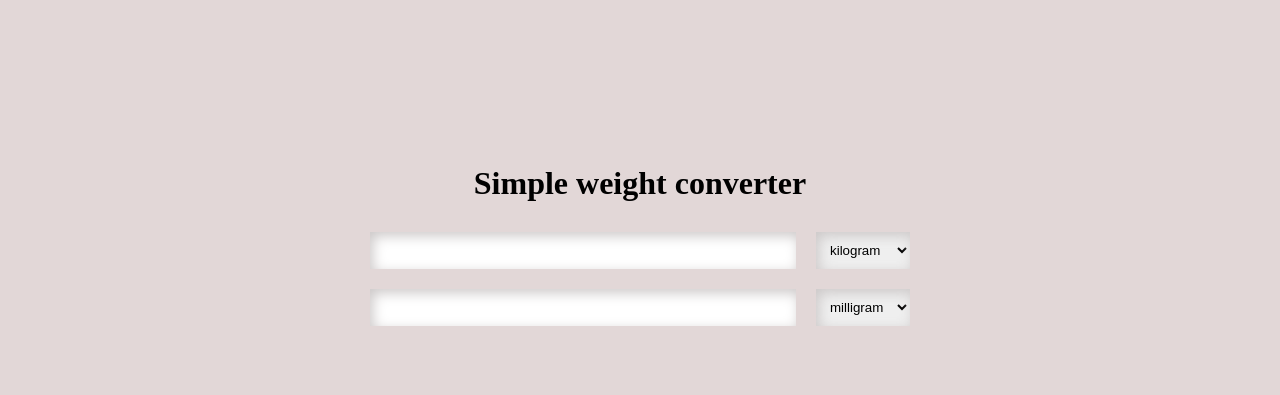
Repository: Eugene44-hub/weight-converter
Page: index.html
These files come from the project's save history. The page is drawn as it stood at one moment and after the next save; the edit follows.
The browser window is 1280 px wide. The pictures show the whole page.

Above is the page before, as saved 2021-09-20 05:20:13.

### index.html
<!DOCTYPE html>
<html lang="en">

<head>
    <meta charset="UTF-8">
    <meta http-equiv="X-UA-Compatible" content="IE=edge">
    <meta name="viewport" content="width=device-width, initial-scale=1.0">
    <link rel="stylesheet" href="style.css">
    <title>Document</title>
</head>

<body>
    <div class="converter">
        <h1>Simple weight converter</h1>

        <input type="number" id="typed">
        <select name="" id="in-weight">
      <option value="kg">kilogram</option>
      <option value="ou">ounce</option>
      <option value="mg">milligram</option>
    </select>
        <input type="number" id="output">
        <select name="" id="out-weight">
      <option value="mg">milligram</option>
      <option value="ou">ounce</option>
      <option value="kg">kilogram</option>
    </select>
    </div>
    <script src="app.js"></script>
</body>

</html>

### style.css
* {
    padding: 0;
    margin: 0;
    box-sizing: border-box;
}

body {
    background-color: rgb(226, 215, 215);
    display: flex;
    height: 500px;
}

input {
    padding: 10px;
    flex: 50%;
}

h1 {
    text-align: center;
    flex: 100%;
    margin-bottom: 20px;
}

select {
    padding: 10px;
}

.converter {
    display: flex;
    flex-wrap: wrap;
    justify-content: space-between;
    padding: 20px;
    margin: auto;
    max-width: 600px;
    background-color: hite;
}

select,
input {
    margin: 10px;
    outline: none;
    border: none;
    box-shadow: inset 3px 4px 13px rgb(204, 200, 200);
}

### app.js
let typed = document.querySelector('#typed');
let output = document.querySelector('#output');
let select = document.querySelector('#in-weight');
let select2 = document.querySelector('#out-weight');

function selectTwo(val) {
    select2.addEventListener('change', e => {
        if (select2.value === 'mg' && select.value === 'kg') {
            output.value = val * Math.pow(10, 6)
        } else if (select2.value === "ou" && select.value === 'mg') {
            output.value = val * 0.000035274
        } else if (select2.value === "ou" && select.value === 'kg') {
            output.value = val * 35.274
        } else if (select2.value === "kg" && select.value === 'ou') {
            output.value = val / 35.274
        } else if (select2.value === "mg" && select.value === 'ou') {
            output.value = val / 0.000035274
        } else if (select2.value === "kg" && select.value === 'mg') {
            output.value = val / Math.pow(10, 6)
        } else {
            output.value = typed.value
        }

    })
}

function selectOne(val) {
    select.addEventListener('change', e => {

        if (select2.value === 'mg' && select.value === 'kg') {
            typed.value = val / Math.pow(10, 6)
        } else if (select2.value === "mg" && select.value === 'ou') {
            typed.value = val * 0.000035274
        } else if (select2.value === "ou" && select.value === 'kg') {
            typed.value = val / 35.274
        } else if (select2.value === "kg" && select.value === 'ou') {
            typed.value = val * 35.274
        } else if (select2.value === "ou" && select.value === 'mg') {
            typed.value = val / 0.000035274
        } else if (select2.value === "kg" && select.value === 'mg') {
            typed.value = val * Math.pow(10, 6)
        } else { typed.value = output.value }
    })
}


typed.addEventListener('input',
    e => {

        if (select2.value === 'mg' && select.value === 'kg') {
            output.value = Number(e.target.value) * Math.pow(10, 6)
        } else if (select2.value === "ou" && select.value === 'mg') {
            output.value = Number(e.target.value) * 0.000035274
        } else if (select2.value === "ou" && select.value === 'kg') {
            output.value = Number(e.target.value) * 35.274
        } else if (select2.value === "kg" && select.value === 'ou') {
            output.value = Number(e.target.value) / 35.274
        } else if (select2.value === "mg" && select.value === 'ou') {
            output.value = Number(e.target.value) / 0.000035274
        } else if (select2.value === "kg" && select.value === 'mg') {
            output.value = Number(e.target.value) / Math.pow(10, 6)
        } else {
            output.value = typed.value
        }
        selectTwo(Number(e.target.value))
    })

output.addEventListener('input',
    e => {
        if (select2.value === 'mg' && select.value === 'kg') {
            typed.value = Number(e.target.value) / Math.pow(10, 6)
        } else if (select2.value === "mg" && select.value === 'ou') {
            typed.value = Number(e.target.value) * 0.000035274
        } else if (select2.value === "ou" && select.value === 'kg') {
            typed.value = Number(e.target.value) / 35.274
        } else if (select2.value === "kg" && select.value === 'ou') {
            typed.value = Number(e.target.value) * 35.274
        } else if (select2.value === "ou" && select.value === 'mg') {
            typed.value = Number(e.target.value) / 0.000035274
        } else if (select2.value === "kg" && select.value === 'mg') {
            typed.value = Number(e.target.value) * Math.pow(10, 6)
        } else { typed.value = output.value }
        selectOne(Number(e.target.value))
    })

After the next save:
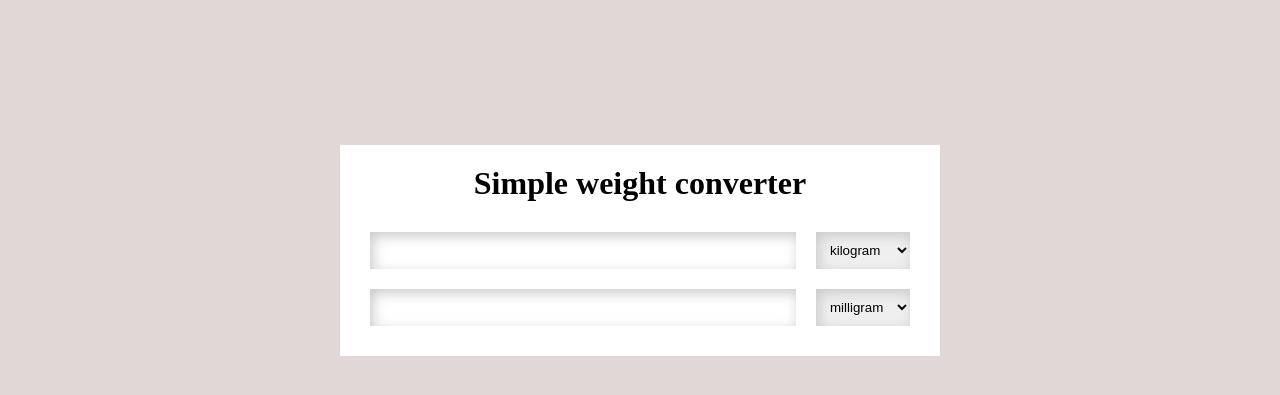
Saved 4 s later.
--- a/style.css
+++ b/style.css
@@ -32,7 +32,7 @@ select {
     padding: 20px;
     margin: auto;
     max-width: 600px;
-    background-color: hite;
+    background-color: white;
 }
 
 select,
